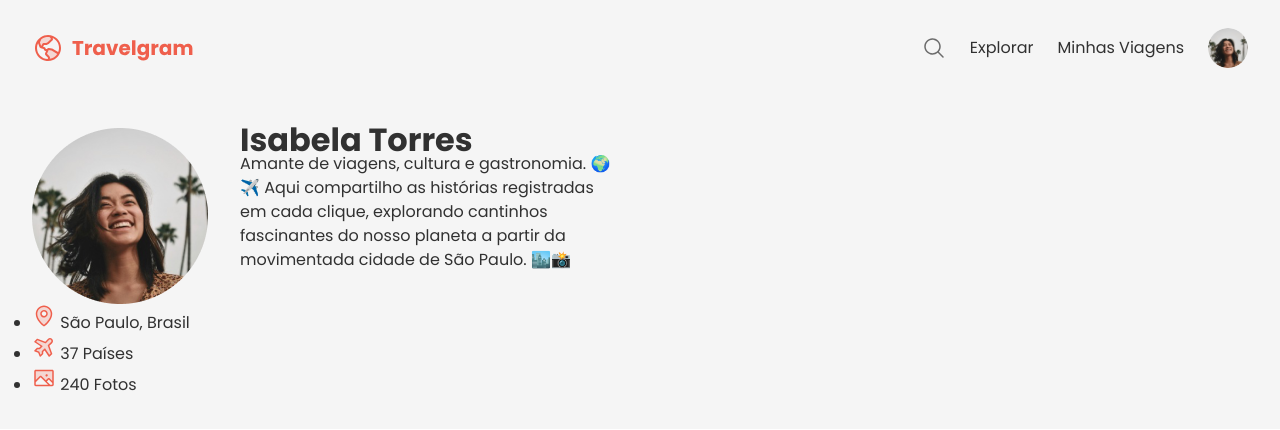
Repository: AbiezerSidonioJoseOdanacaJunior/projeto-travelgram
Page: index.html
The author's editor kept a copy of each file at every save. The page is drawn from the files as they stood at one save, then again after the next save.
The browser window is 1280 px wide. The pictures show the whole page.
Some web fonts or font styles are not loaded; a fallback is used.

Above is the page before, as saved 2024-11-12 17:47:42.

After the next save:
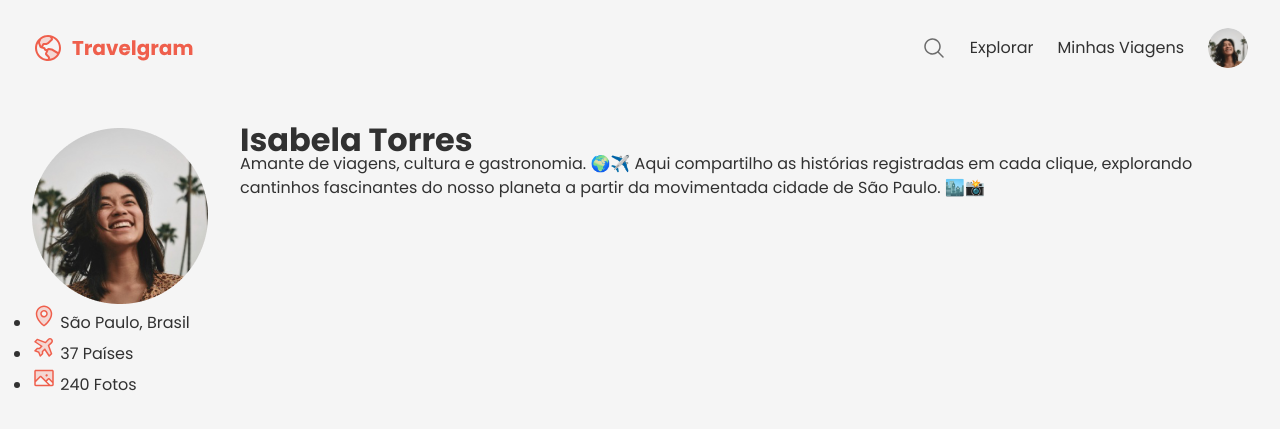
Saved 34 s later.
--- a/styles/header.css
+++ b/styles/header.css
@@ -7,9 +7,7 @@
     gap: 32px;
 }
 
-#profile > div {
-    max-width: 384px;
-}
+
 
 #pfofile h1 {
     font: var(--text-lg);

After the save that followed:
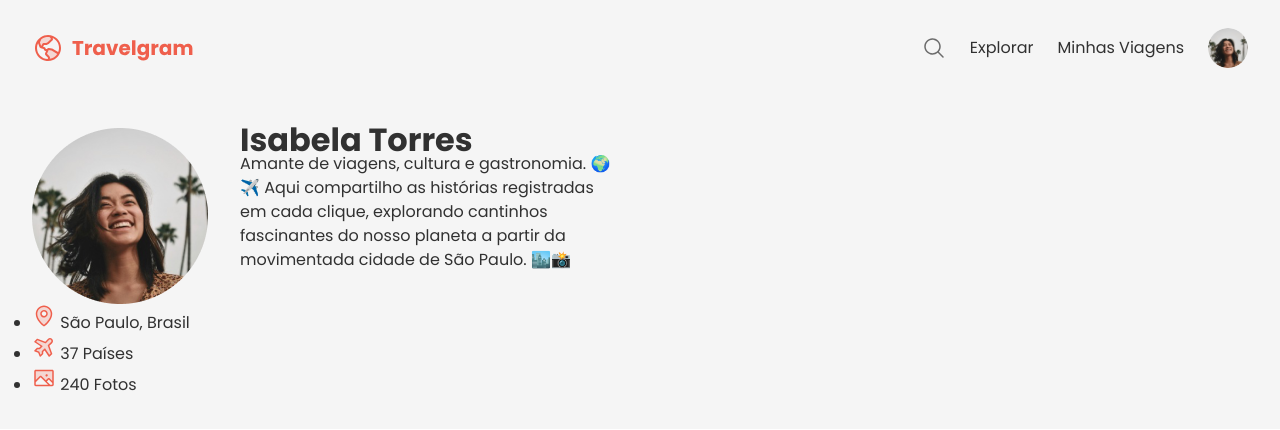
Saved 5 s later.
--- a/styles/header.css
+++ b/styles/header.css
@@ -7,7 +7,9 @@
     gap: 32px;
 }
 
-
+#profile > div {
+    max-width: 384px;
+}
 
 #pfofile h1 {
     font: var(--text-lg);
